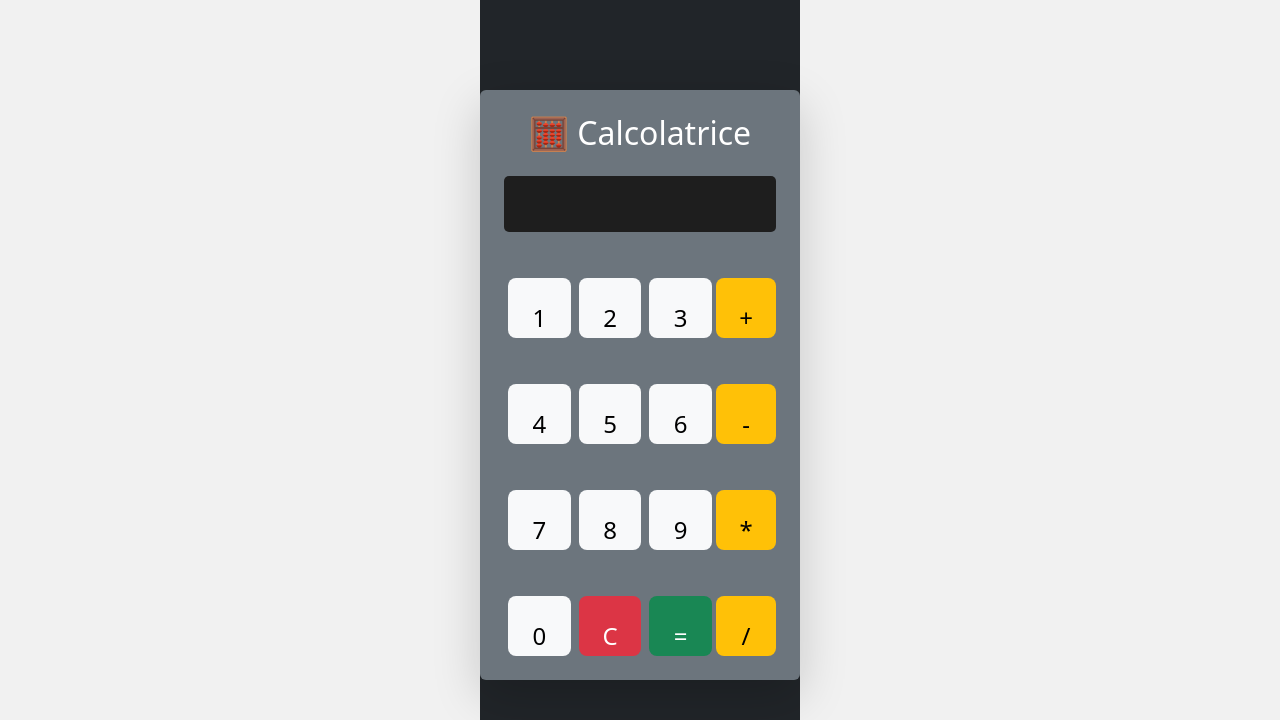
Repository: Probyte5D/Calcolatrice-FullStack
Page: /calculator (app in frontend/)
These files come from the project's save history. The page is drawn as it stood at one moment and after the next save; the edit follows.
The browser window is 1280 px wide. The pictures show the whole page.
The project was rebuilt for these pictures with package versions that can differ from the ones it lists, and the page was loaded fresh each time. Also part of the build but not shown: frontend/src/App.css, frontend/src/components/HomePage.js.

Above is the page before, as saved 2025-04-19 16:57:34.

After the next save:
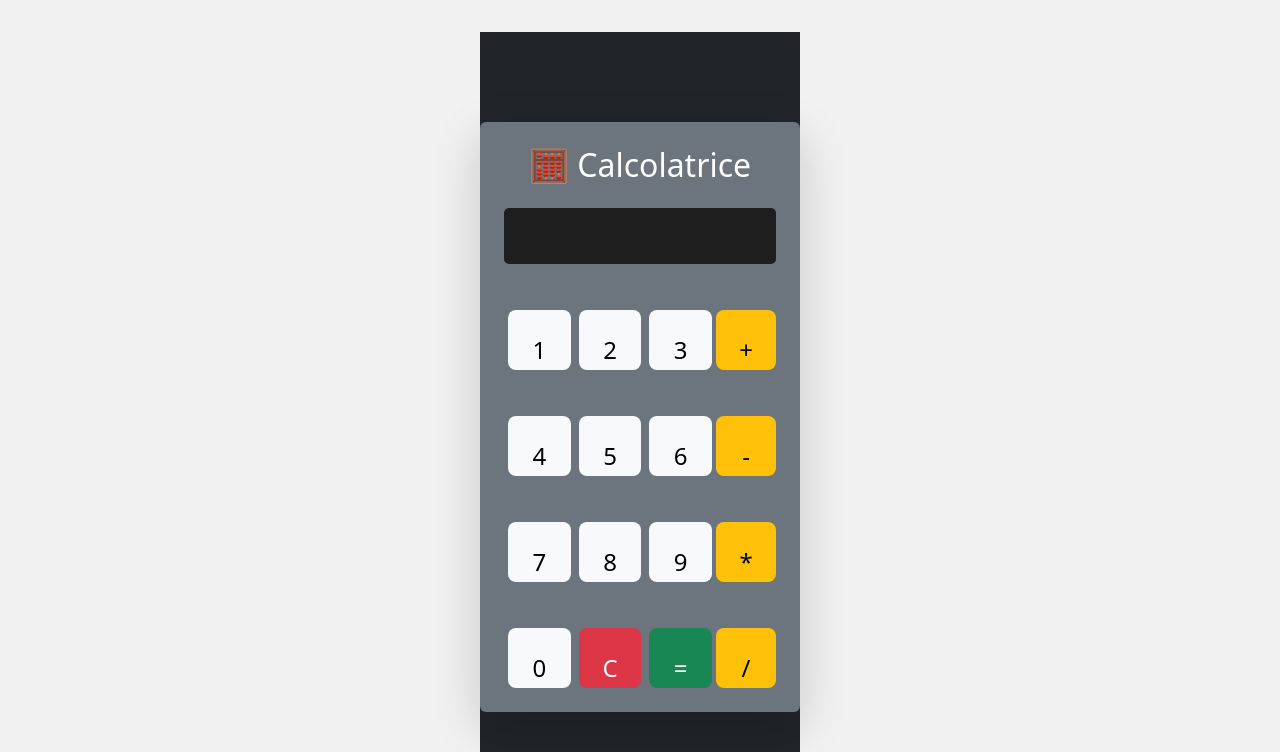
Saved 16 s later.
--- a/frontend/src/components/Calculator.css
+++ b/frontend/src/components/Calculator.css
@@ -8,6 +8,7 @@
   justify-content: center; /* Centra orizzontalmente */
   align-items: center;     /* Centra verticalmente */
   background-color: #f1f1f1; /* Colore di sfondo */
+  margin-top: 2rem;
 }
 /* Stile principale della calcolatrice */
 .calculator {

After the save that followed:
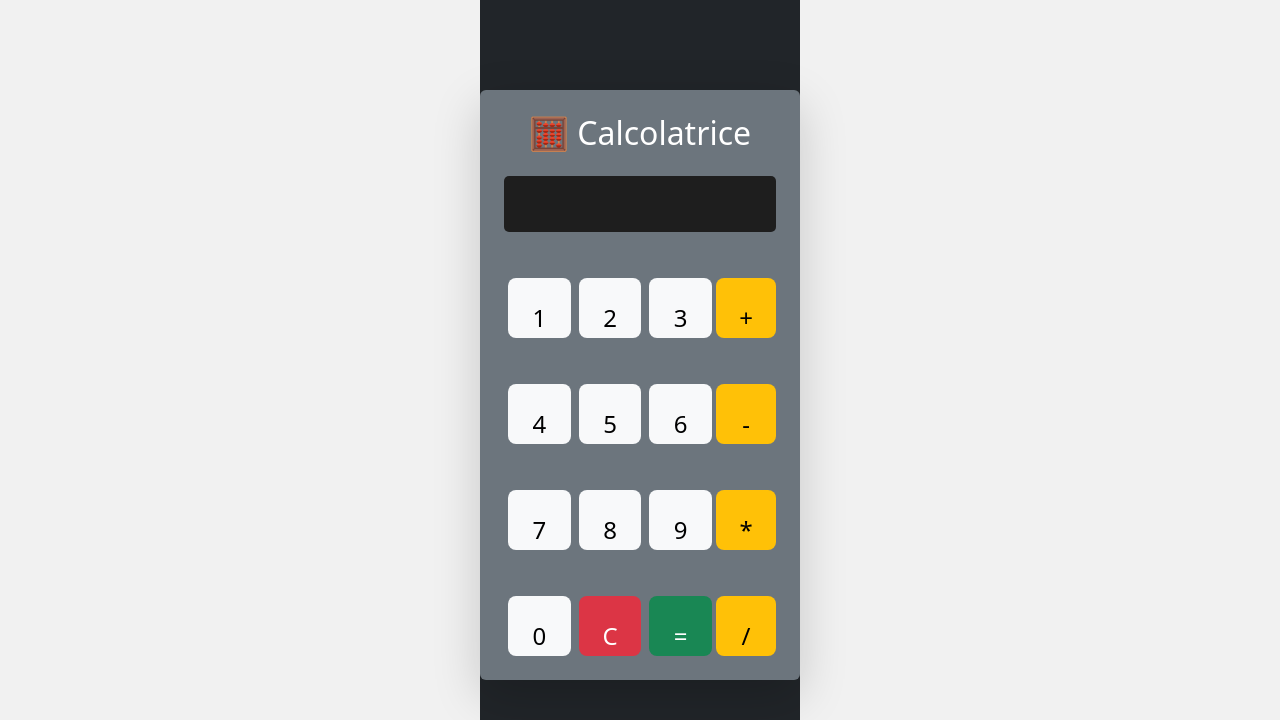
Saved 13 s later.
--- a/frontend/src/components/Calculator.css
+++ b/frontend/src/components/Calculator.css
@@ -3,12 +3,11 @@
 /* Calcolatrice centrale con flexbox */
 body, html {
   height: 100vh;
-  margin: 0;
+  margin: 0 0;
   display: flex;
   justify-content: center; /* Centra orizzontalmente */
   align-items: center;     /* Centra verticalmente */
   background-color: #f1f1f1; /* Colore di sfondo */
-  margin-top: 2rem;
 }
 /* Stile principale della calcolatrice */
 .calculator {
